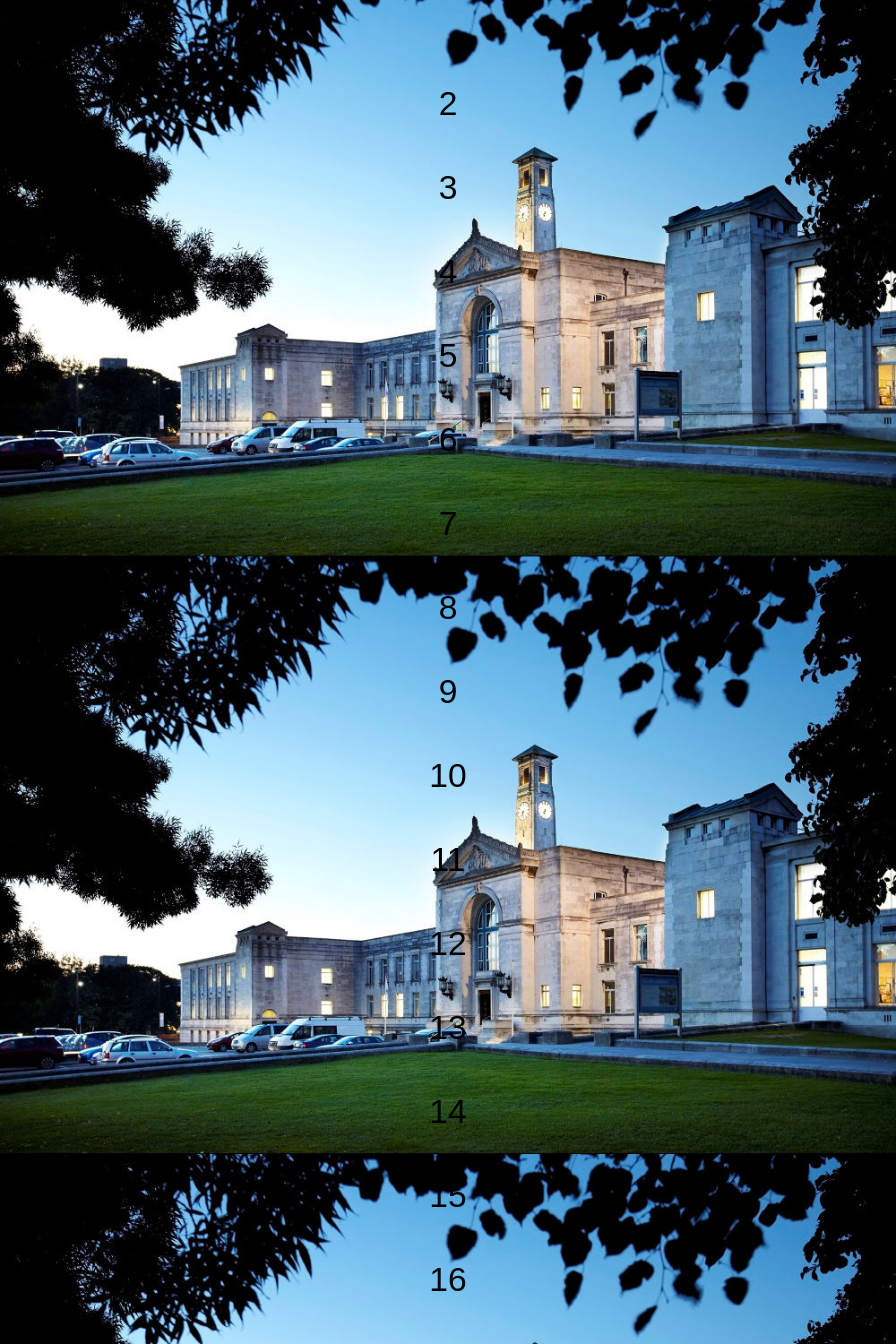
Repository: Domehead123/advent
Page: index.html
The author's editor kept a record of every edit. The page is drawn from the files as they stood at one moment, then again after the next edit.
The browser window is 1280 px wide. The pictures show the part of the page from y = 0 to 1920 px (the page is 2848 px tall before and 838 px after), at 70% of full size.

Above is the page before.

### index.html
<!DOCTYPE html>
<html lang="en">
<head>
    <meta charset="UTF-8">
    <meta name="viewport" content="width=device-width, initial-scale=1.0">
    <meta http-equiv="X-UA-Compatible" content="ie=edge">
    <link rel="stylesheet" href="style.css" type="text/css" />
    <title>Document</title>
</head>
<body>
    <div class="window-wrapper">

        <div class="window-open"><a href="https://www.southampton.gov.uk/roads-parking/highway/mot/"></span><span class="window-header">MOT service</span>
        <span class="abstract">Our expert team can provide independent and impartial inspections</span><span class="day">1</span></a></div>


        <div class="window-closed">2</div>
        <div class="window-closed">3</div>
        <div class="window-closed">4</div>
        <div class="window-closed">5</div>
        <div class="window-closed">6</div>
        <div class="window-closed">7</div>
        <div class="window-closed">8</div>
        <div class="window-closed">9</div>
        <div class="window-closed">10</div>
        <div class="window-closed">11</div>
        <div class="window-closed">12</div>
        <div class="window-closed">13</div>
        <div class="window-closed">14</div>
        <div class="window-closed">15</div>
        <div class="window-closed">16</div>
        <div class="window-closed">17</div>
        <div class="window-closed">18</div>
        <div class="window-closed">19</div>
        <div class="window-closed">20</div>
        <div class="window-closed">21</div>
        <div class="window-closed">22</div>
        <div class="window-closed">23</div>
        <div class="window-closed">24</div>
    </div>
</body>
</html>

### style.css
body {
    background-image: url("images/civic-centre-2.jpg");
    background-size: cover;
    background-position: center;
    height: 100vh;
}

.window-wrapper {
    padding: 80px 50px 0 50px;
    text-align: center;
}

.window-open  {
    background: #00193c;
    color: #fff;
    opacity: 0.8;
    width: 190px;
    height: 120px;
    display: inline-block;
    vertical-align: top;
    margin: 15px;
}

.window-closed {
    font-size: 3em;
    text-align: center;
    font-family: "franklin-gothic-urw",sans-serif;
    line-height: 120px;
    height: 100%;
    width: 100%;
}


.window-open  {
    background: #fff;
    height: 100%;
    text-align: center;
    font-family: "franklin-gothic-urw",sans-serif;
    transition: 0.4s all;
    position: relative;
    display: none;
}

.window-open:hover {
   background: #ddd;
}

.day {
    display: inline-block;
    position: relative;
    top: -90px;
    left: -130px;
    color: #333;
    font-size: 0.9em;
    text-decoration: none;
}

.window-open a {
    text-decoration: none;
    color: #00193c;
    transition: 0.4s all;
}

.window-open:hover a {
    text-decoration: underline;
}

.window-header {

font-weight: bold;
margin: 0 0 4px 0;
display: block;
}

.abstract::after {
content: "\203A";
display: inline-block;
text-decoration: none;
font-weight: bold;
line-height: 0;
position: relative;
top: 1px;
left: 3px;
}

After the next edit:
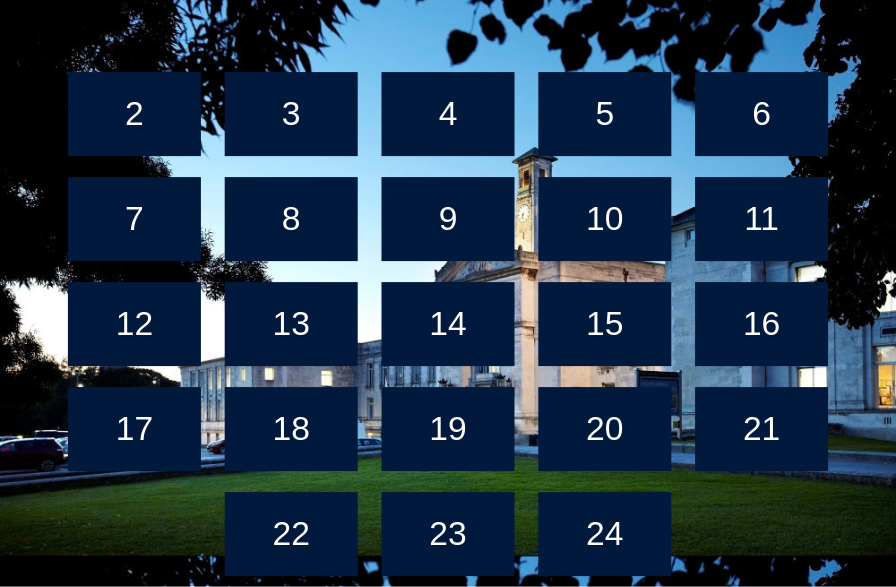
The edit:
--- a/style.css
+++ b/style.css
@@ -28,6 +28,12 @@
     line-height: 120px;
     height: 100%;
     width: 100%;
+    width: 190px;
+    height: 120px;
+    display: inline-block;
+    background-color: #00193c;
+    color: #fff;
+    margin: 15px;
 }
 
 
